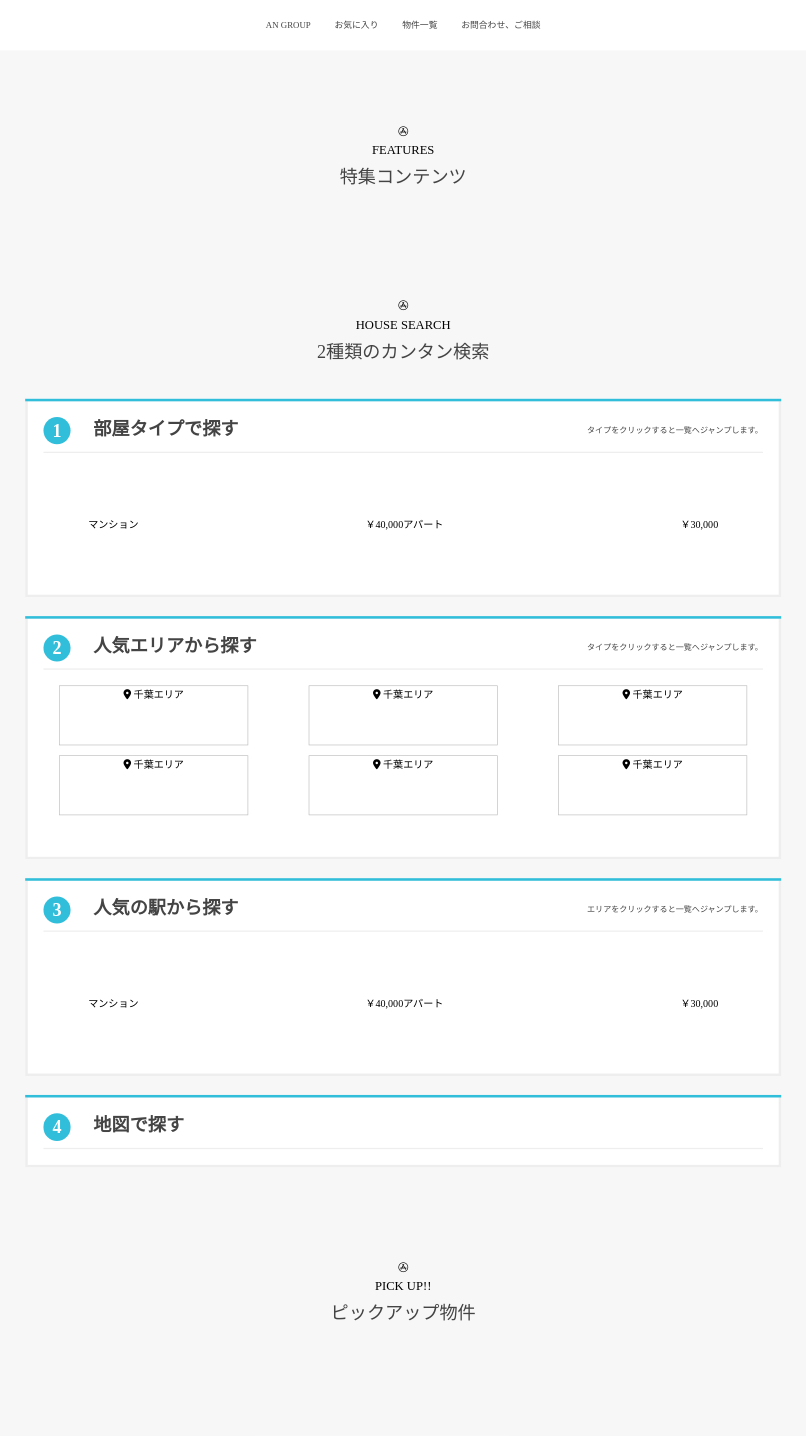
Repository: ninhdavid/real-estate
Page: index.html
These files come from the project's save history. The page is drawn as it stood at one moment and after the next save; the edit follows.
The browser window is 1280 px wide. The pictures show the whole page, at 63% of full size.
Some web libraries are served in a nearby version. The style sheet was rebuilt from its Sass, Less or Tailwind sources for each picture, by a compiler version that may differ from the author's.

Above is the page before, as saved 2022-05-12 16:52:24.

After the next save:
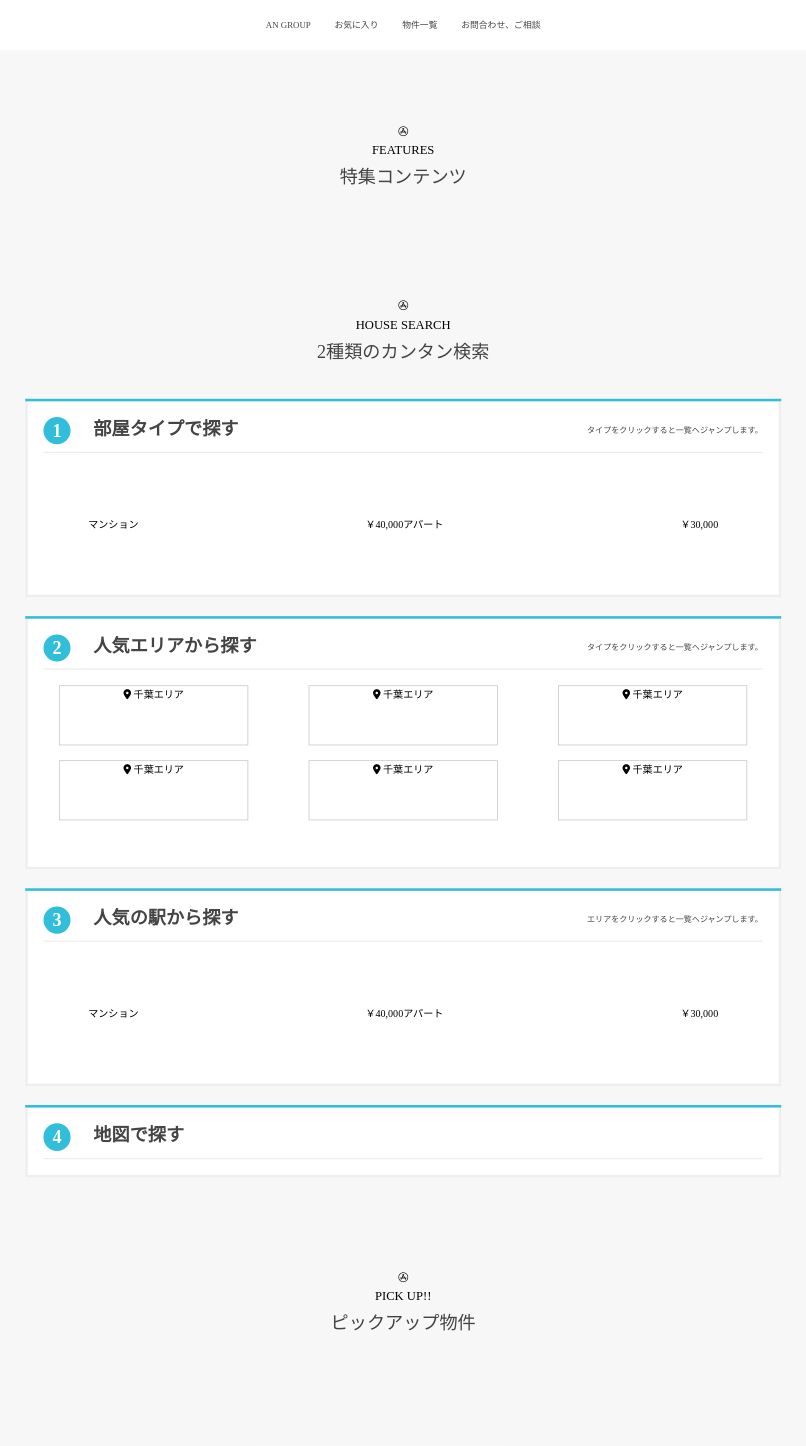
Saved 4 s later.
--- a/css/main.scss
+++ b/css/main.scss
@@ -175,5 +175,5 @@
     border:1px solid #bbbbbb;
     height:95px;
     width:300px;
-    margin-bottom:1em;
+    margin-bottom:1.5em;
 }
